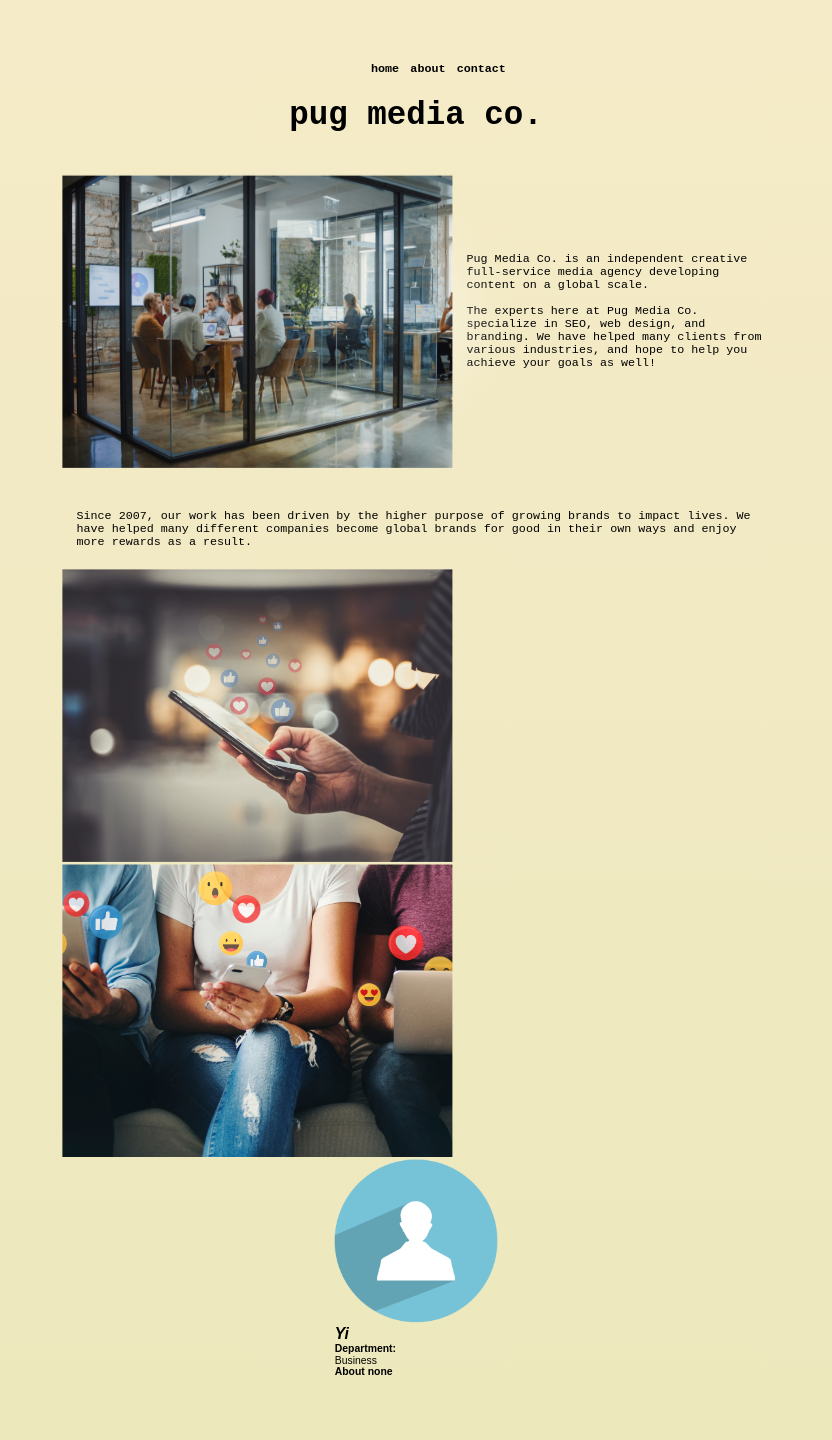
Repository: cheungglenda/MDIA2109-Week3
Page: /
These files come from the project's save history. The page is drawn as it stood at one moment and after the next save; the edit follows.
The browser window is 1280 px wide. The pictures show the whole page, at 65% of full size.
The project was rebuilt for these pictures with package versions that can differ from the ones it lists, and the page was loaded fresh each time. The framework's server and built-in components were replaced by stand-ins that run in the browser. Also part of the build but not shown: next.config.js.

Above is the page before, as saved 2023-01-20 23:28:06.

After the next save:
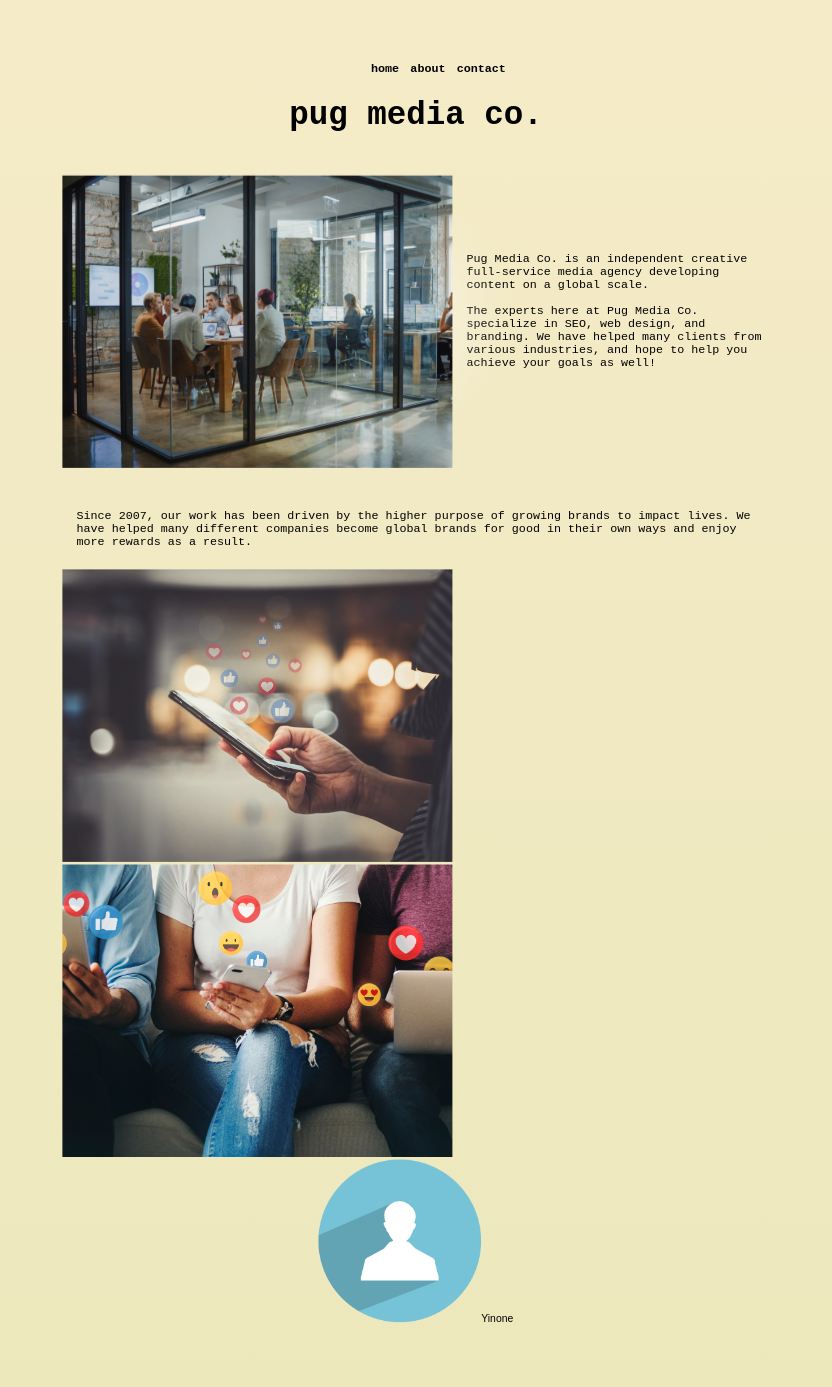
Saved 11 s later.
--- a/components/Card/index.js
+++ b/components/Card/index.js
@@ -13,9 +13,8 @@ export default function Card({
     return (
         <div>
             <img src={image} width="250"></img>
-            <h2><i>{firstname}</i></h2>
-            <h4>Department:</h4>{department}
-            <h4>About {jobtitle}</h4>
+            {firstname}
+            {lastname}
         </div>
     )
 }
